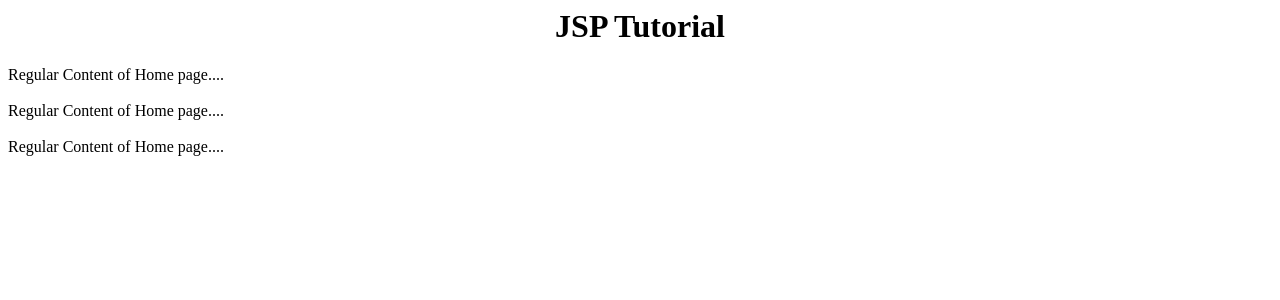
Repository: souptikmaiti/j2ee-practice
Page: http://localhost/jspdemo/homepage.jsp
These files come from the project's save history. The page is drawn as it stood at one moment and after the next save; the edit follows.
The browser window is 1280 px wide. The pictures show the whole page.
The page is served by Tomcat 9. Other server files are loaded and not shown.

Above is the page before, as saved 2021-01-08 17:24:12.

### jspdemo/WebContent/homepage.jsp
<html>
<body>

<jsp:include page="my-header.html"/>

Regular Content of Home page.... <br/><br/>
Regular Content of Home page.... <br/><br/>
Regular Content of Home page.... <br/><br/>


</body>
</html>

### jspdemo/WebContent/my-footer.jsp
<%@ page import="java.util.Date" %>

<p align="center">
Last updated: <%= new Date() %>
</p>

Loaded but not shown: jspdemo/WebContent/my-header.html (common file)

After the next save:
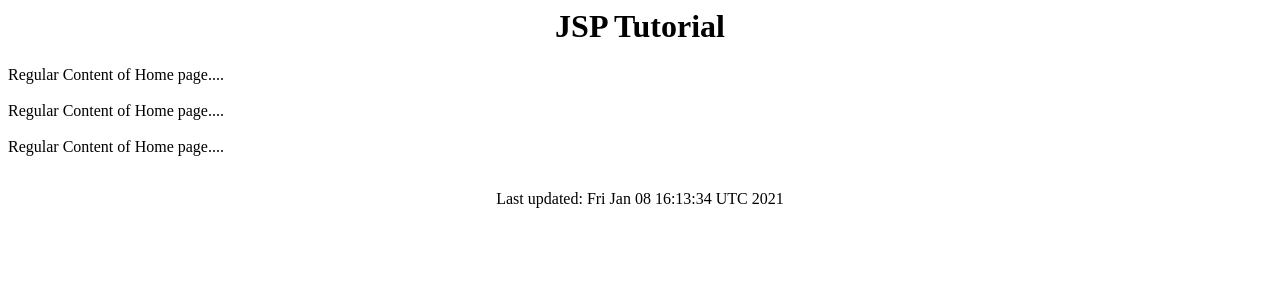
Saved 27 s later.
--- a/jspdemo/WebContent/homepage.jsp
+++ b/jspdemo/WebContent/homepage.jsp
@@ -7,6 +7,6 @@ Regular Content of Home page.... <br/><br/>
 Regular Content of Home page.... <br/><br/>
 Regular Content of Home page.... <br/><br/>
 
-
+<jsp:include page="my-footer.jsp"/>
 </body>
 </html>
